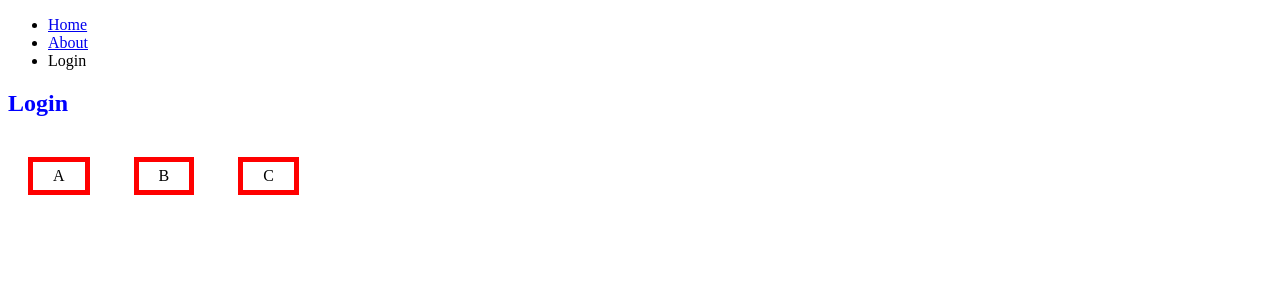
Repository: rileymeye1/ZTM
Page: project_files/login.html
These files come from the project's save history. The page is drawn as it stood at one moment and after the next save; the edit follows.
The browser window is 1280 px wide. The pictures show the whole page.

Above is the page before, as saved 2024-08-19 17:31:20.

After the next save:
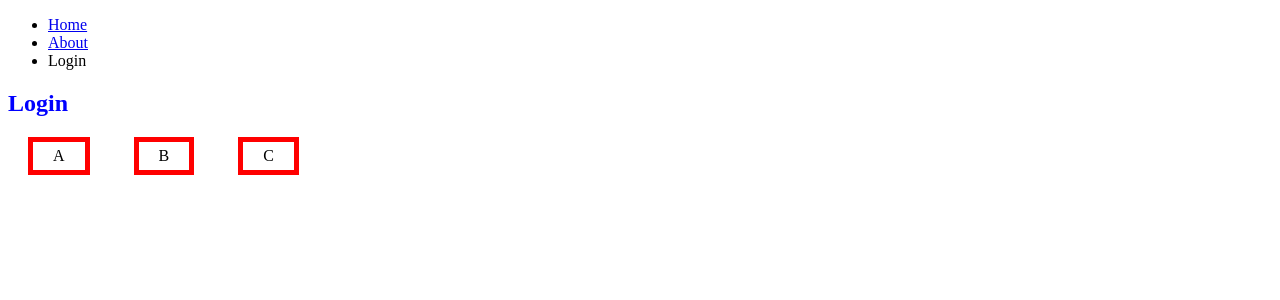
Saved 24 s later.
--- a/project_files/style2.css
+++ b/project_files/style2.css
@@ -6,5 +6,5 @@ h2 {
   border: 5px solid red;
   display: inline-block;
   padding: 5px 20px 5px 20px;
-  margin: 20px;
+  margin: 0px 20px 0px 20px;
 }
